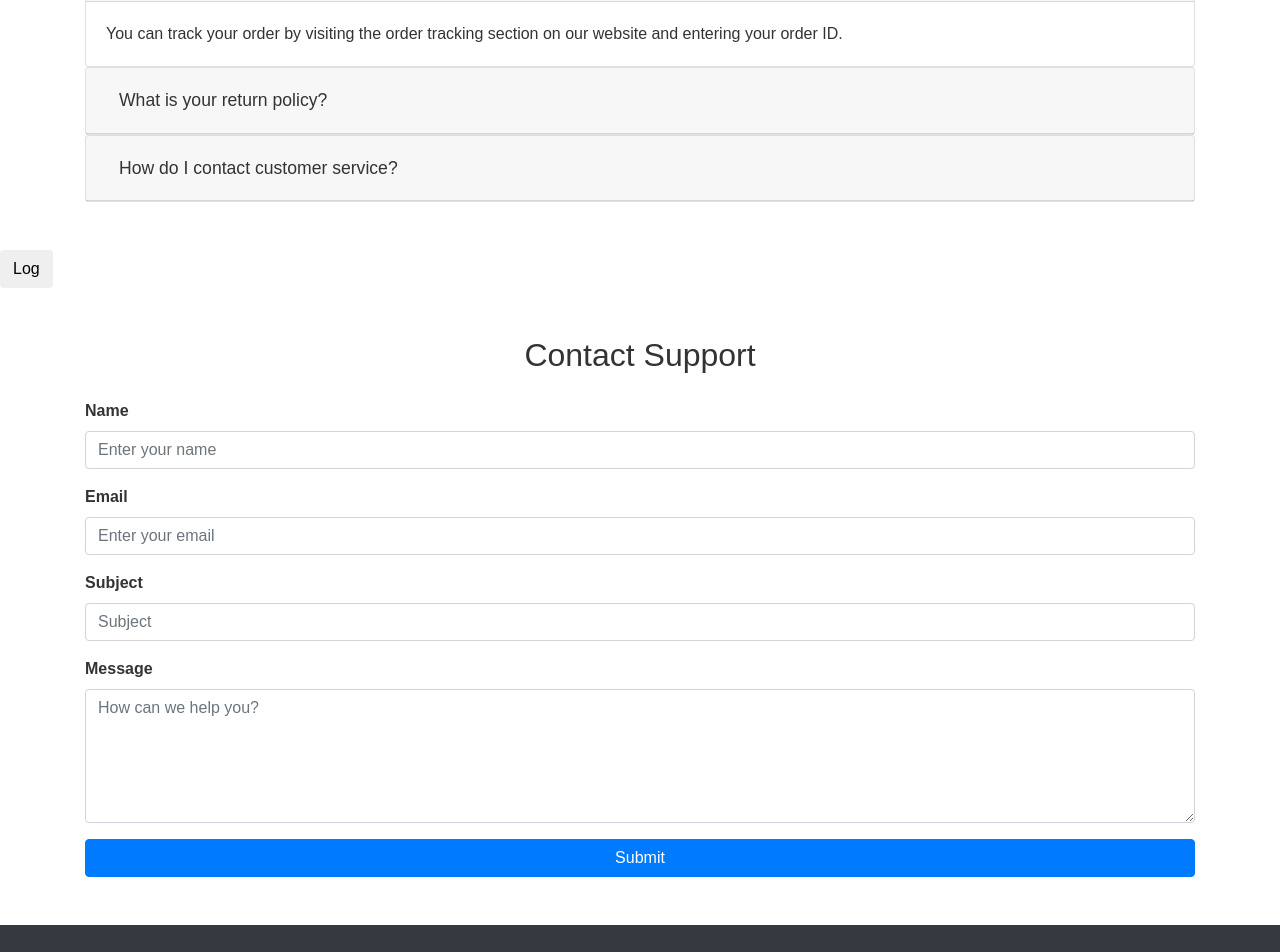
Repository: karim0829/IS218-Django-Laptop-Display
Page: http://localhost/support/
The author's editor kept a copy of each file at every save. The page is drawn from the files as they stood at one save, then again after the next save.
The browser window is 1280 px wide. The pictures show the part of the page from y = 607 to 1559 px (the page is 1740 px tall before and 1732 px after).
Some web libraries are served in a nearby version. The page is served by the project's application, run on Django 5.2 (manage.py).

Above is the page before, as saved 2025-05-10 12:02:41.

After the next save:
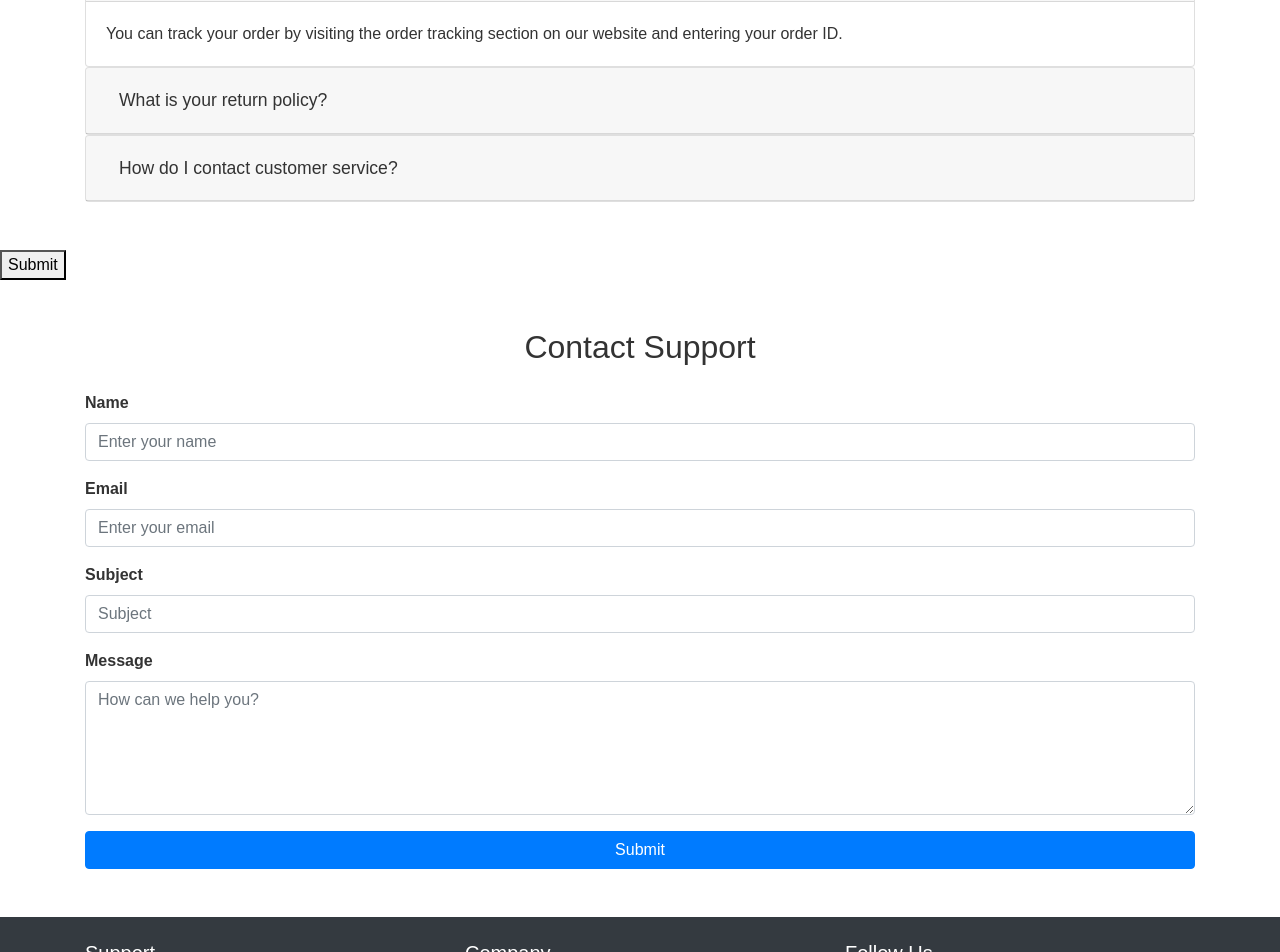
Saved 21 s later.
--- a/homepage/templates/homepage/support.html
+++ b/homepage/templates/homepage/support.html
@@ -144,12 +144,12 @@
 
 {% block content %}
 
-<form method = "post">
+<form method = "post" class="log-form">
 {% csrf_token %}
 
 {{ form.as_p }}
 
-<button type="submit" class = "save btn btn-default">Log</button>
+<button type="submit">Submit</button>
 
 {% endblock %}
 
